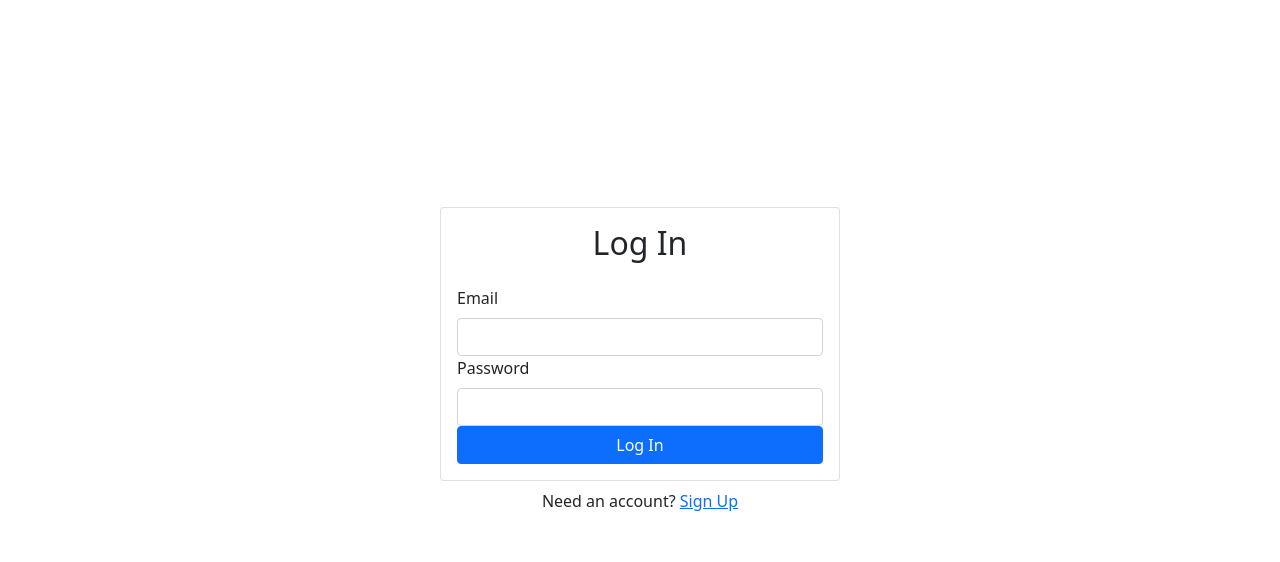
Repository: JaydenTianranYang/EsolApp
Page: /login
An editor plug-in stored every save of this project. The page is shown before and after the next save, followed by the edit.
The browser window is 1280 px wide. The pictures show the whole page.
The project was rebuilt for these pictures with package versions that can differ from the ones it lists, and the page was loaded fresh each time. Also part of the build but not shown: src/components/Signup.js, src/components/App.css, src/components/Homepage.js.

Above is the page before, as saved 2022-04-07 23:07:03.

### src/index.js
import React from 'react';
import ReactDOM from 'react-dom';
import './index.css';
import App from './components/App';
import reportWebVitals from './reportWebVitals';
import "bootstrap/dist/css/bootstrap.min.css"

ReactDOM.render(
  <React.StrictMode>
    <App />
  </React.StrictMode>,
  document.getElementById('root')
);

// If you want to start measuring performance in your app, pass a function
// to log results (for example: reportWebVitals(console.log))
// or send to an analytics endpoint. Learn more: https://bit.ly/CRA-vitals
reportWebVitals();

### src/components/App.js
import React from 'react'
import Signup from './Signup'
import Homepage from './Homepage';
import Login from './Login';
import { Container } from 'react-bootstrap'
import { AuthProvider } from '../contexts/AuthContext';
import { BrowserRouter as Router, Switch, Route } from 'react-router-dom'

function App() {
  return (
    <Container className="d-flex align-items-center justify-content-center"
      style={{ minHeight: "100vh" }}
    >
      <div className="w-100" style={{ maxWidth: "400px" }}>
        <Router>
          <AuthProvider>
            <Switch>
              <Route exact path="/" component={Homepage} />
              <Route path = "/signup" component={Signup} />
              <Route path = "/login" component={Login} />
            </Switch>
          </AuthProvider>
        </Router>
      </div>
    </Container>
  )
}

export default App;

### src/components/Login.js
import React, { useRef, useState } from 'react'
import { Form, Button, Card, Alert } from 'react-bootstrap'
import { useAuth } from '../contexts/AuthContext'
import { Link, useHistory } from 'react-router-dom'

export default function Login() {
    const emailRef = useRef()
    const passwordRef = useRef()
    const { login } = useAuth()
    const [error, setError] = useState('')
    const [loading, setLoading] = useState(false)
    const history = useHistory()

    async function handleSubmit(e) {
        e.preventDefault()

        try{
            setError('')
            setLoading(true)
            await login(emailRef.current.value, passwordRef.current.value)
            history.push("/")
        } catch {
            setError('Failed to sign in')
        }
        setLoading(false)
    }

    return (
        <>
            <Card>
                <Card.Body>
                    <h2 className="text-center mb-4">Log In</h2>
                    {error && <Alert varaint="danger">{error}</Alert>}
                    <Form onSubmit={handleSubmit}>
                        <Form.Group id="email">
                            <Form.Label>Email</Form.Label>
                            <Form.Control type="email" ref={emailRef} required />
                        </Form.Group>
                        <Form.Group id="password">
                            <Form.Label>Password</Form.Label>
                            <Form.Control type="password" ref={passwordRef} required />
                        </Form.Group>
                        <Button disabled={loading} className="w-100" type="submit">Log In</Button>
                    </Form>
                </Card.Body>
            </Card>
            <div className="w-100 text-center mt-2">
                Need an account? <Link to="/signup">Sign Up</Link>
            </div>
        </>
    )
}

### src/contexts/AuthContext.js
import React, { useContext, useState, useEffect } from 'react'
import { auth } from '../firebase'

const AuthContext = React.createContext()

export function useAuth() {
    return useContext(AuthContext)
}

export function AuthProvider({ children }) {
    const [currentUser, setCurrentUser] = useState()
    const [loading, setLoading] = useState(true)

    function signup(email, password) {
        return auth.createUserWithEmailAndPassword(email, password)
    }

    function login(email, password) {
        return auth.signInWithEmailAndPassword(email, password)
    }

    useEffect(() => {
        const unsubscribe = auth.onAuthStateChanged(user => {
            setCurrentUser(user)
            setLoading(false)
        })

        return unsubscribe
    }, [])



    const value = {
        currentUser,
        signup,
        login
    }

    return (
        <AuthContext.Provider value={value}>
            {!loading && children}
        </AuthContext.Provider>
    )
}

### src/firebase.js
import firebase from "firebase/compat/app"
import "firebase/compat/auth"

const app = firebase.initializeApp({
    apiKey: process.env.REACT_APP_FIREBASE_API_KEY,
    authDomain: process.env.REACT_APP_FIREBASE_AUTH_DOMAIN,
    projectId: process.env.REACT_APP_FIREBASE_PROJECT_ID,
    storageBucket: process.env.REACT_APP_FIREBASE_STORAGE_BUCKET,
    messagingSenderId: process.env.REACT_APP_FIREBASE_MESSAGING_SENDER_ID,
    appId: process.env.REACT_APP_FIREBASE_APP_ID
})

export const auth = app.auth()
export default app

Loaded but not shown: public/index.html (common file); src/index.css (common file); src/reportWebVitals.js (common file)

After the next save:
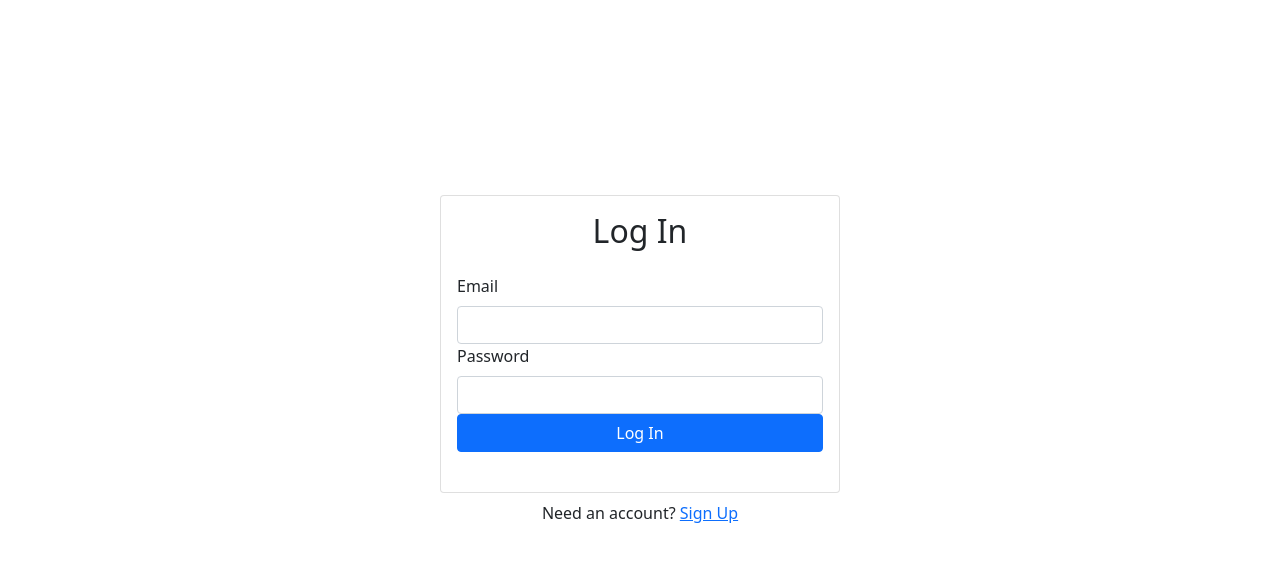
Saved 6 s later.
--- a/src/components/Login.js
+++ b/src/components/Login.js
@@ -40,7 +40,7 @@
                             <Form.Label>Password</Form.Label>
                             <Form.Control type="password" ref={passwordRef} required />
                         </Form.Group>
-                        <Button disabled={loading} className="w-100" type="submit">Log In</Button>
+                        <Button disabled={loading} className="w-100 mb-4" type="submit">Log In</Button>
                     </Form>
                 </Card.Body>
             </Card>

After the save that followed:
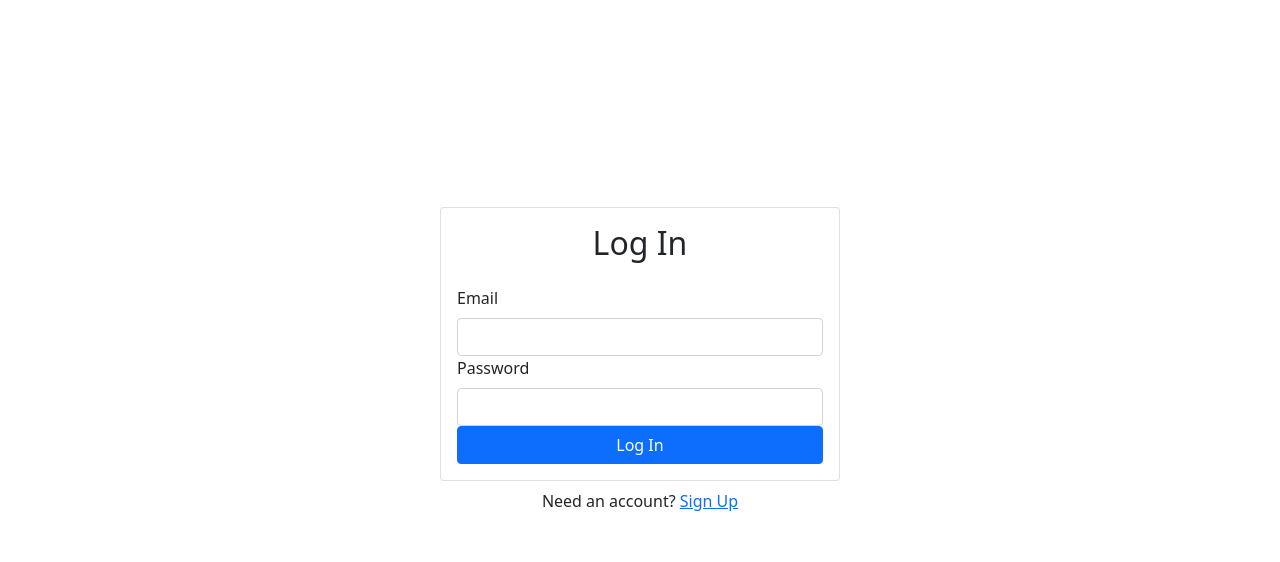
Saved 6 s later.
--- a/src/components/Login.js
+++ b/src/components/Login.js
@@ -40,7 +40,7 @@
                             <Form.Label>Password</Form.Label>
                             <Form.Control type="password" ref={passwordRef} required />
                         </Form.Group>
-                        <Button disabled={loading} className="w-100 mb-4" type="submit">Log In</Button>
+                        <Button disabled={loading} className="w-100 mb-400" type="submit">Log In</Button>
                     </Form>
                 </Card.Body>
             </Card>
